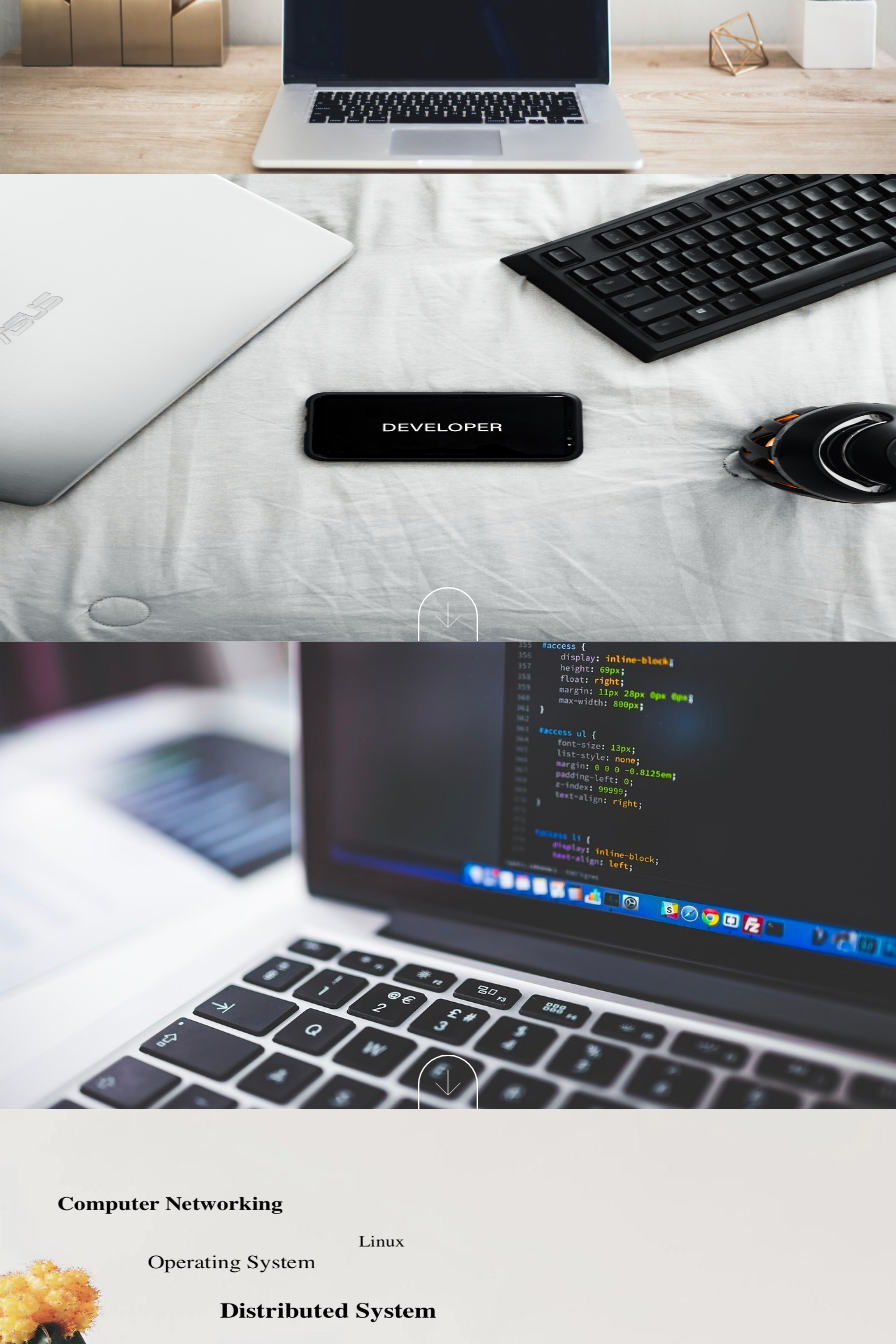
Repository: Zoey-2029/zoey-2029.github.io
Page: index.html
An editor plug-in stored every save of this project. The page is shown before and after the next save, followed by the edit.
The browser window is 1280 px wide. The pictures show the part of the page from y = 471 to 2391 px (the page is 5744 px tall before and 6605 px after), at 70% of full size.
Backgrounds fixed to the window are drawn as part of the page.

Above is the page before, as saved 2021-07-22 01:30:49.

After the next save:
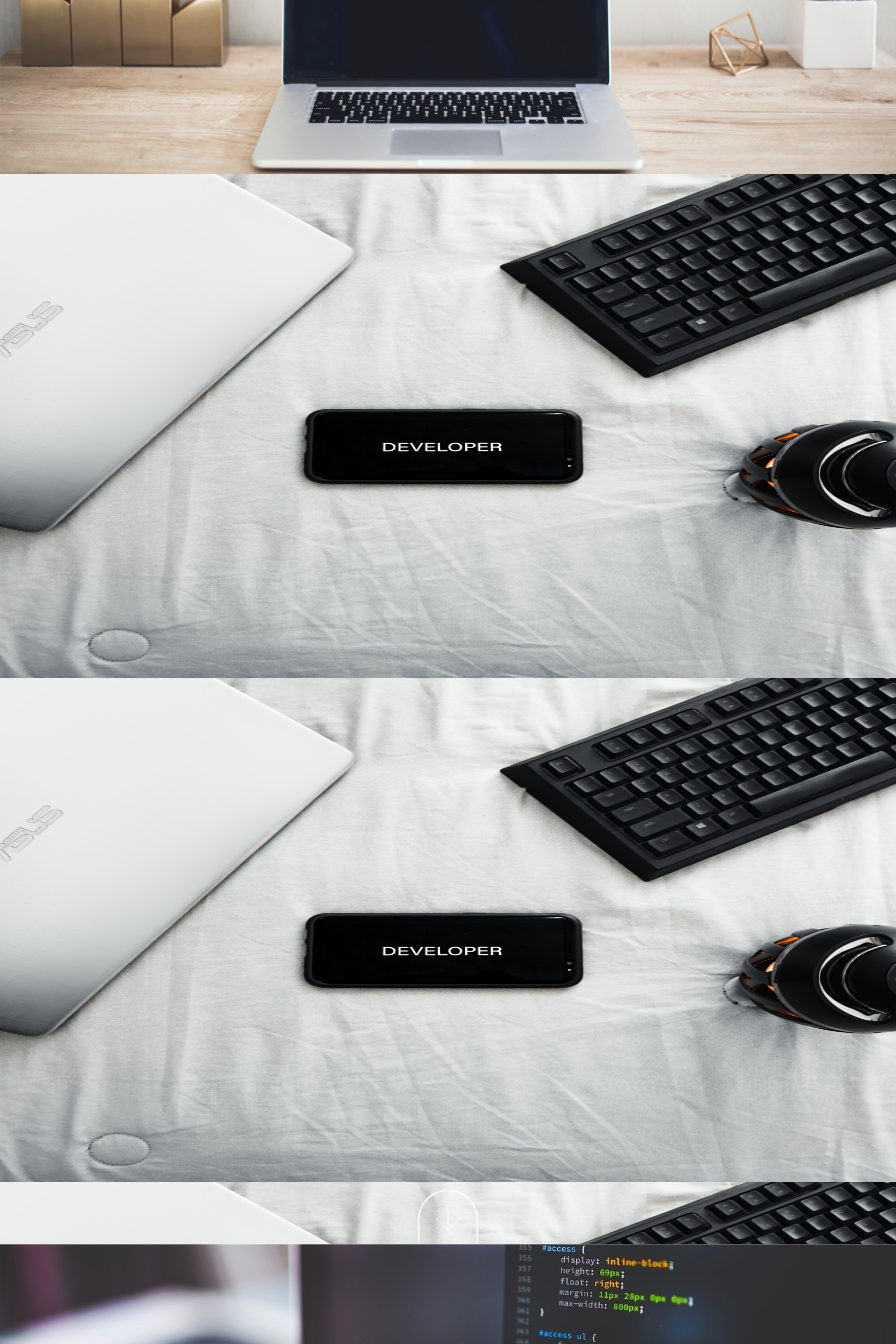
Saved 4 s later.
--- a/index.html
+++ b/index.html
@@ -61,7 +61,7 @@
 						<h3>Stanford University (Sept. 2019 - Dec. 2021)</h3>
 						M.S. in <i>Civil and Environmental Engineering</i>
 					</header>
-					<p >
+					<p style="font-size:10vw">
 						courses: <i>Design and Analysis of Algorithms,
 						Principles of Computer Systems, Operating Systems, Computer Networking,
 						Computer Security, Data Management and Data Systems, Web Applications,

After the save that followed:
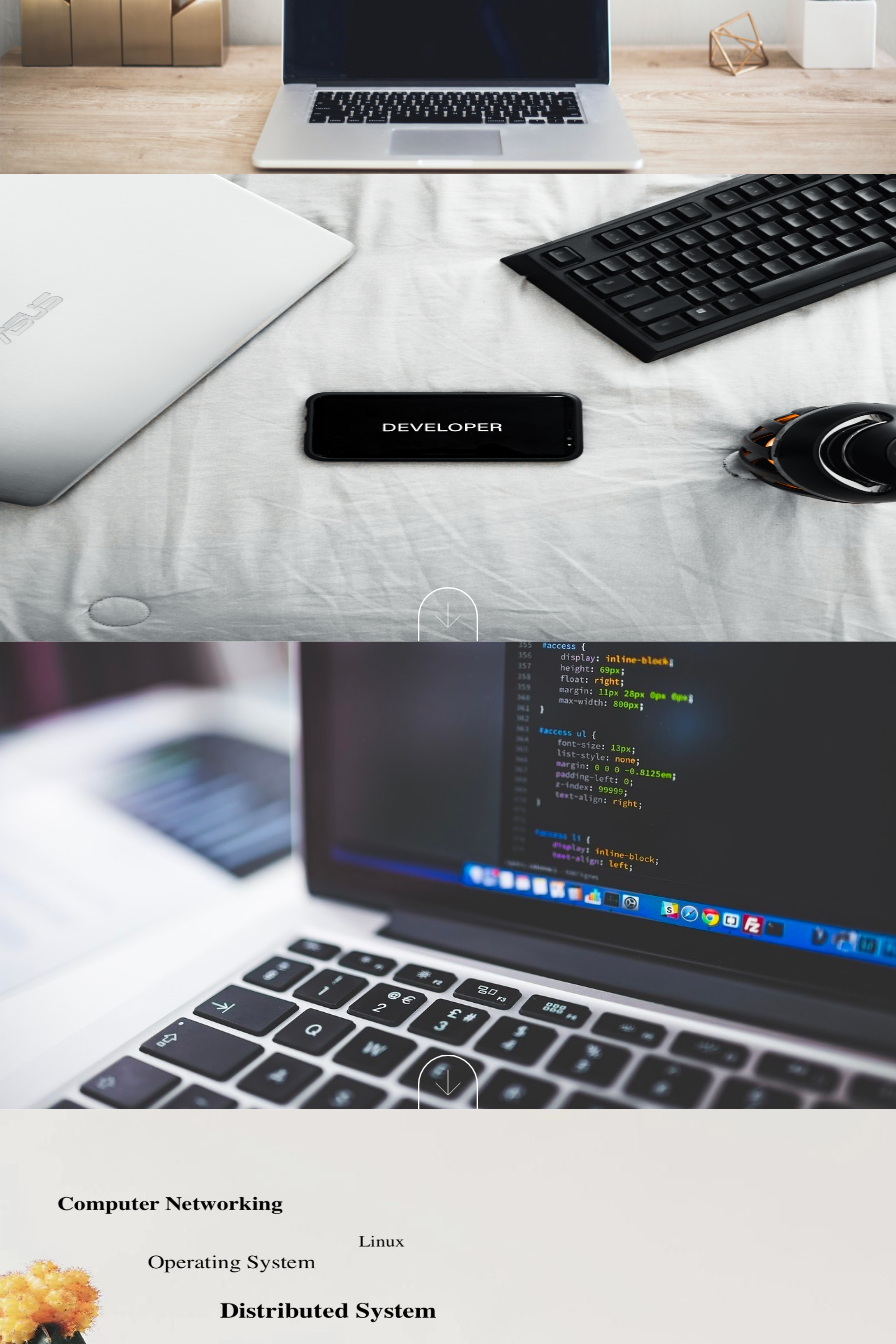
Saved 22 s later.
--- a/index.html
+++ b/index.html
@@ -61,7 +61,7 @@
 						<h3>Stanford University (Sept. 2019 - Dec. 2021)</h3>
 						M.S. in <i>Civil and Environmental Engineering</i>
 					</header>
-					<p style="font-size:10vw">
+					<p style="font: size 10px;">
 						courses: <i>Design and Analysis of Algorithms,
 						Principles of Computer Systems, Operating Systems, Computer Networking,
 						Computer Security, Data Management and Data Systems, Web Applications,
